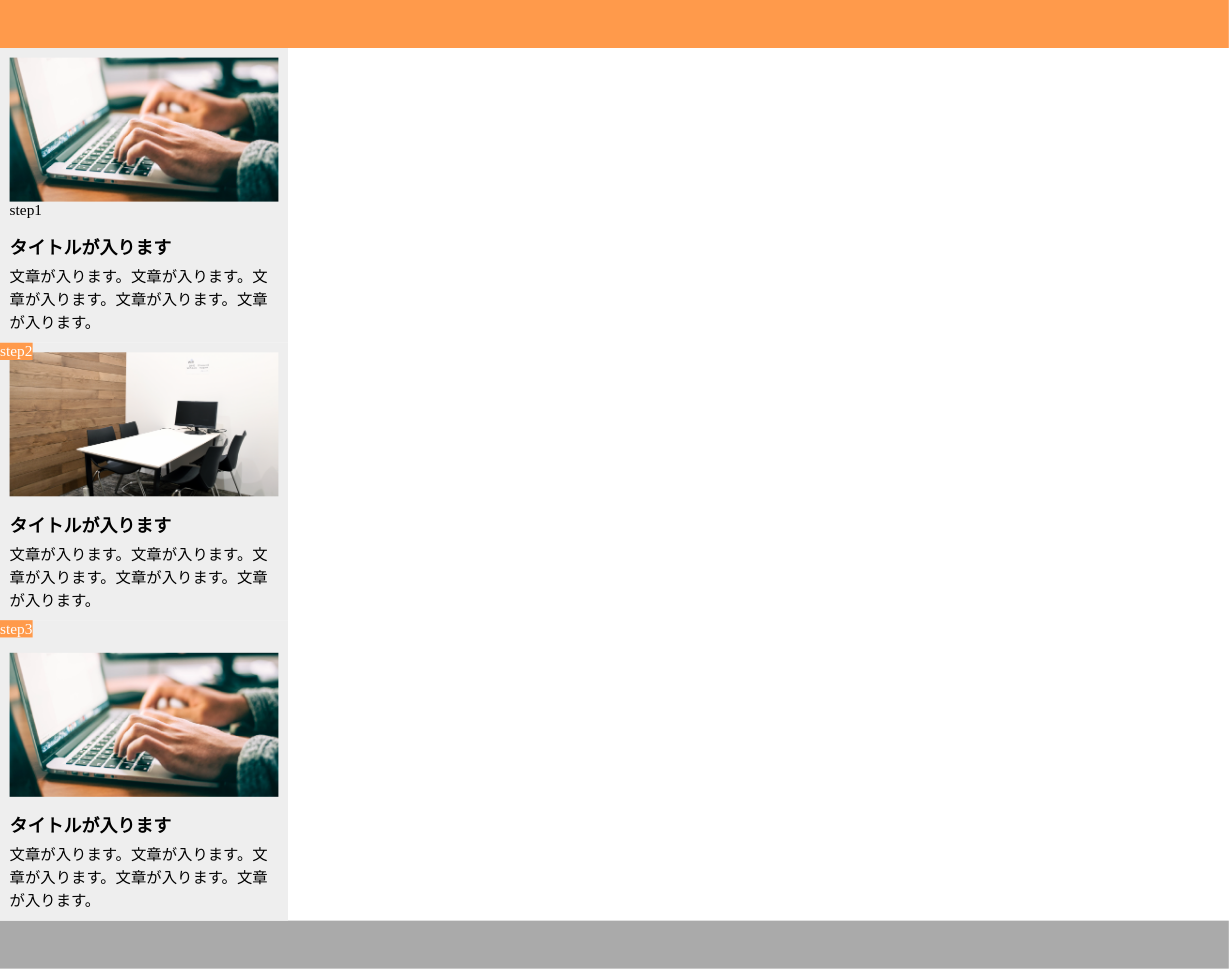
Repository: trmtmy/debug2
Page: chapter9/chapter9.html
The author's editor kept a record of every edit. The page is drawn from the files as they stood at one moment, then again after the next edit.
The browser window is 1280 px wide. The pictures show the whole page, at 96% of full size.
Some web libraries are served in a nearby version.

Above is the page before.

After the next edit:
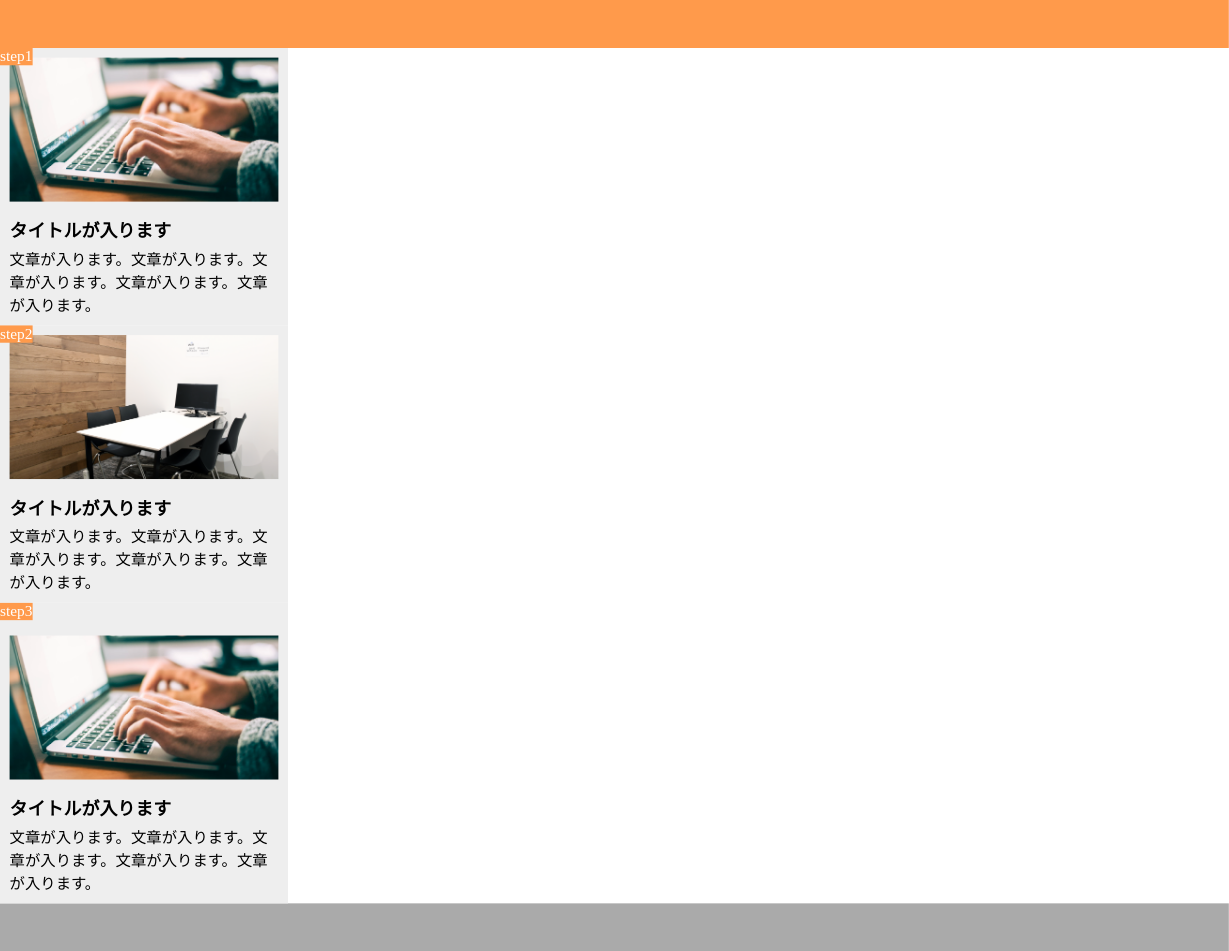
The edit:
--- a/chapter9/chapter9.html
+++ b/chapter9/chapter9.html
@@ -18,7 +18,7 @@
 <div class="main">
   <div class="box">
     <div class="img1"></div>
-    <span class="step1">step1</span>
+    <span class="step">step1</span>
     <h3 class="title">タイトルが入ります</h3>
     <p class="text">文章が入ります。文章が入ります。文章が入ります。文章が入ります。文章が入ります。</p>
   </div>
